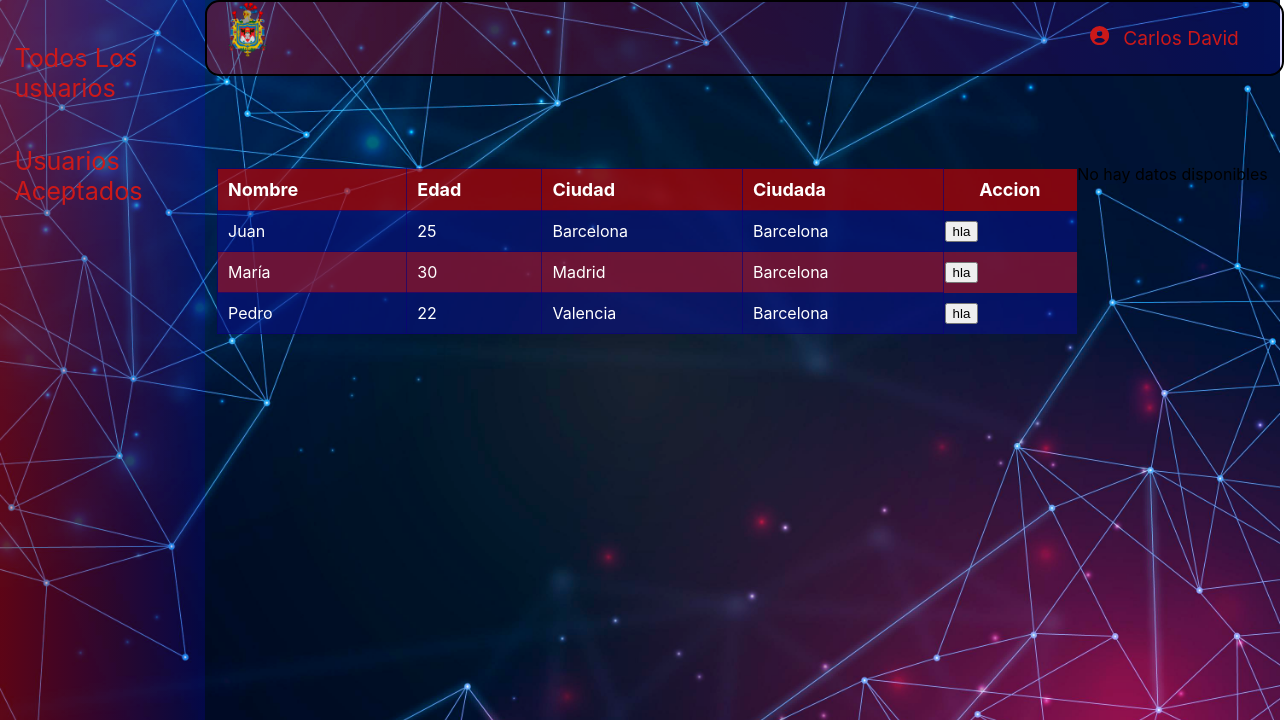
Repository: Davic1o/FrontendMunicipio
Page: /Administrador, after clicking the first element matching `div.acceso__menu`
These files come from the project's save history. The page is drawn as it stood at one moment and after the next save; the edit follows.
The browser window is 1280 px wide. The page is 1284 px wide, so the pictures cover 1284 px, including what lies to the right of the window. The pictures show the whole page.
The project was rebuilt for these pictures with package versions that can differ from the ones it lists, and the page was loaded fresh each time. Also part of the build but not shown: src/components/inputs/inputTexto.css, src/components/inputs/InputTexto.jsx, src/components/inputs/inputPass.css, src/components/inputs/InputPass.jsx, src/components/botones/botonAcceso.css, src/components/botones/BotonAcceso.jsx, src/pages/Login/login.css, src/pages/Login/Login.jsx and 3 more.

Above is the page before, as saved 2024-02-22 23:16:39.

### src/index.css
*{
  user-select: none;
  cursor: default;
}


body {
  margin: 0;
  font-family: -apple-system, BlinkMacSystemFont, 'Segoe UI', 'Roboto', 'Oxygen',
    'Ubuntu', 'Cantarell', 'Fira Sans', 'Droid Sans', 'Helvetica Neue',
    sans-serif;
  -webkit-font-smoothing: antialiased;
  -moz-osx-font-smoothing: grayscale;
}

code {
  font-family: source-code-pro, Menlo, Monaco, Consolas, 'Courier New',
    monospace;
}
input {
  border: none;
  outline: none;
  margin: 0;
  padding: 0;
  background: none;
  font-family: inherit;
  color: inherit;
  text-align: left;
}

input:focus {
  outline: none;
}
a {
  /* Anula todos los estilos */
  text-decoration: none;
  color: inherit;
  background-color: transparent;
  /* ... y otras propiedades según sea necesario */
}
:root{

  --color-primario: #cc1919;
  --color-secundario: #192bccab;
  --color-blanco: #ffffff;
}

### src/App.jsx
import Rutas from './routes/Rutas'

function App() {
  return (
    <>
      <Rutas/>
    </>
  );
}

export default App;

### src/routes/Rutas.jsx
import React from 'react'
import { Routes, Route } from 'react-router-dom';
import Login from '../pages/Login/Login';
import Register from '../pages/Register/Register';
import Administrador from '../pages/Administrador/Administrador';


function Rutas() {
  return (

      <Routes>
          <Route path="/" element={<Login/>} />
          <Route path="/Registro" element={<Register/>} />
          <Route path="/Administrador" element={<Administrador/>} />
      </Routes>
  )
}

export default Rutas

### src/pages/Administrador/Administrador.jsx
import React, { useState } from 'react';
import './administracion.css';
import Navbar from '../../components/Navbar/Navbar';
import MenuAdministrador from '../../components/MenuAdministrador/MenuAdministrador';
import Tabla from '../../components/Tabla/Tabla';

function Administrador() {
  const [opcionSeleccionada, setOpcionSeleccionada] = useState(null);

  const handleMenuClick = (opcion) => {
    setOpcionSeleccionada(opcion);
  };

  const datosEjemplo = {
    todosUsuarios: [
      { Nombre: 'Juan', Edad: 25, Ciudad: 'Barcelona', Ciudada: 'Barcelona' },
      { Nombre: 'María', Edad: 30, Ciudad: 'Madrid', Ciudada: 'Barcelona' },
      { Nombre: 'Pedro', Edad: 22, Ciudad: 'Valencia', Ciudada: 'Barcelona' },
    ],
    // Otros conjuntos de datos según las opciones del menú
  };

  const datosDos={
    UsuariosAceptados: [
      { Nombre: 'Juan', Edad: 25, Ciudad: 'Barcelona', Ciudada: 'Barcelona' },
      { Nombre: 'María', Edad: 30, Ciudad: 'Madrid', Ciudada: 'Barcelona' },
    ],
  }

  return (
    <>
      <div className="contenedor__administrador">
        <div className="menu__Administrador">
          <MenuAdministrador onMenuClick={handleMenuClick} />
        </div>
        <div className="administrador__navbar">
          <Navbar />
          <div className="tablas__informativas">
            {/* Renderizar la tabla según la opción seleccionada */}
            {opcionSeleccionada && <Tabla datos={datosEjemplo[opcionSeleccionada]} />}
            {opcionSeleccionada && <Tabla datos={datosDos[opcionSeleccionada]} />}
          </div>
        </div>
      </div>
    </>
  );
}

export default Administrador;

### src/pages/Administrador/administracion.css
.contenedor__administrador{
    background-image:  url('../../images/fondo_informacion.jpg');
    background-size: cover;
    height: 100vh;
    width: 100vw;
    box-sizing: border-box;
    display: flex;
    z-index: 0;
}
.administrador__navbar{
    width: 100%;
    display: flex;
}
.tablas__informativas{
    display: flex;
    justify-content: center;
    padding-top: 10vh;
}

### src/components/Navbar/Navbar.jsx
import React from 'react';
import escudo from '../../images/escudo.png';
import { FaCircleUser } from 'react-icons/fa6';
import './navbar.css';

function Navbar() {
  return (
    <>
      <nav className="contenedor__navbar">

          <div className="imagen__navbar">
            <img src={escudo} alt="" className="imagen__escudo" />
          </div>
          <div className="menu__navbar">
            <div className="icono__navbar">
              <FaCircleUser className='icono__user'/>
            </div>
            <div className="datos__navbar">Carlos David</div>
          </div>

      </nav>
    </>
  );
}

export default Navbar;

### src/components/MenuAdministrador/MenuAdministrador.jsx
import React from 'react';
import './menuAdministrador.css';
import logo from '../../images/logoquito.png';

function MenuAdministrador({ onMenuClick }) {
  const handleItemClick = (opcion) => {
    onMenuClick(opcion);
  };

  return (
    <div className="contenedor__menu">
      <div className="datos__menu">
        <div className="menu__informacion">
          {/* ... (tu contenido actual) */}
          <div className="acceso__menu" onClick={() => handleItemClick('todosUsuarios')}>
            Todos Los usuarios
          </div>
          <div className="acceso__menu" onClick={() => handleItemClick('UsuariosAceptados')}>
            Usuarios Aceptados
          </div>
          {/* Agregar más elementos de menú según sea necesario */}
        </div>
      </div>
    </div>
  );
}

export default MenuAdministrador;

### src/components/Tabla/Tabla.jsx
import React from 'react'
import './tabla.css'

function Tabla({ datos }) {
    if (!datos || datos.length === 0) {
        return <p>No hay datos disponibles</p>;
      }

      const columnas = Object.keys(datos[0]);
    return (
        <table className='tabla contenedor'>
          <thead className='titulo__tabla'>
            <tr className='tr__titulo'>
              {columnas.map((columna, index) => (
                <th className='th__titulo' key={index}>{columna}</th>
              ))}
              <th>Accion</th>
            </tr>
          </thead>
          <tbody className='cuerpo__tabla'>
            {datos.map((fila, index) => (
              <tr className='tr__cuerpo' key={index}>
                {columnas.map((columna, index) => (
                  <td className='td__cuerpo' key={index}>{fila[columna]}</td>

                ))}
                <td><button>hla</button></td>
              </tr>
            ))}
          </tbody>
        </table>
      );
    };


export default Tabla

### src/components/selects/select.css
.contenedor__select {
    display: flex;
    flex-direction: row;
    justify-content: flex-start;
    align-items: center;
    font-size: 2.5vh;
    border-radius: 1vh;
    cursor: pointer;
    width: 100%;
  }

  .inf__select {
    display: flex;
    justify-content: flex-start;
    align-items: flex-start;
  }

  .icono__select {
    color: var(--color-primario);
    margin-right: 1vh;
  }

  .campo__select {
    flex: 1;
  }

  .select {
    width: 30vh;
    background-color: transparent;
    border: none;
    font-size: 1.8vh;
    color: var(--color-primario);
    border: 2px solid var(--color-primario);
    border-radius: 0.5vh;
  }
  .select:focus{
    outline: none;
  }

  .select:not(:focus){
    background-color: transparent;
  }
  /* Puedes agregar estilos adicionales según tus necesidades */

### src/components/Navbar/navbar.css
.contenedor__navbar{
    width: 100%;
    height: 10vh;
    border: 2px solid;
    display: flex;
    background: linear-gradient(to right, rgba(253, 0, 0, 0.288) 1%, rgba(16, 0, 235, 0.171));
    justify-content: space-between;
    border-radius: 2vh;
}
.imagen__escudo{
    width: 3vw;
}

.informacion__navbar{
    display: flex;

}
.imagen__navbar{
    margin-left: 3vh;
    text-align: left;
}

.menu__navbar{
    font-size: 1.5vw;
    display: flex;
    align-items: center;
    margin-right: 3vh;
    text-align: right;
    color: var(--color-primario);
    cursor: pointer;
}
.icono__navbar{
margin-right: 2vh;
}
.datos__navbar{
    margin-right: 3vh;
}

### src/components/MenuAdministrador/menuAdministrador.css
.contenedor__menu{
    width: 16vw;
    height: 100%;
    background: linear-gradient(to right, rgba(253, 0, 0, 0.363) 1%, rgba(16, 0, 235, 0.171));

}
.imagen__menu img{
    width: 15vw;
}
.menu__informacion{
    color: var(--color-primario);
    font-size: 3.5vh;
}
.acceso__menu{
    padding-top: 6vh;
    padding-left: 2vh;
}
.administrador__navbar{
    display: flex;
    flex-direction: column;
}

### src/components/Tabla/tabla.css
/* tabla.css */

.tabla {
    width: 80%;
    border-collapse: collapse;
    margin-top: 20px;
  }

  .titulo__tabla {
    background-color: #bf0000ac;
    color: var(--color-blanco);
    font-size: 2.5vh;
  }

  .th__titulo,
  .td__cuerpo {

    color: var(--color-blanco);
    padding: 10px;
    text-align: left;
    border: 1px solid #0d0379a3;
  }

  .th__titulo {
    font-weight: bold;
  }

  .cuerpo__tabla {
    background-color: #090f9089;
  }

  .tr__cuerpo:nth-child(even) {
    background-color: #b6161694;
  }

  .button {
    padding: 8px 12px;
    background-color: #4caf50;
    color: #fff;
    border: none;
    cursor: pointer;
  }

  .button:hover {
    background-color: #45a049;
  }

Loaded but not shown: public/index.html (common file); src/index.js (common file); src/reportWebVitals.js (common file)

After the next save:
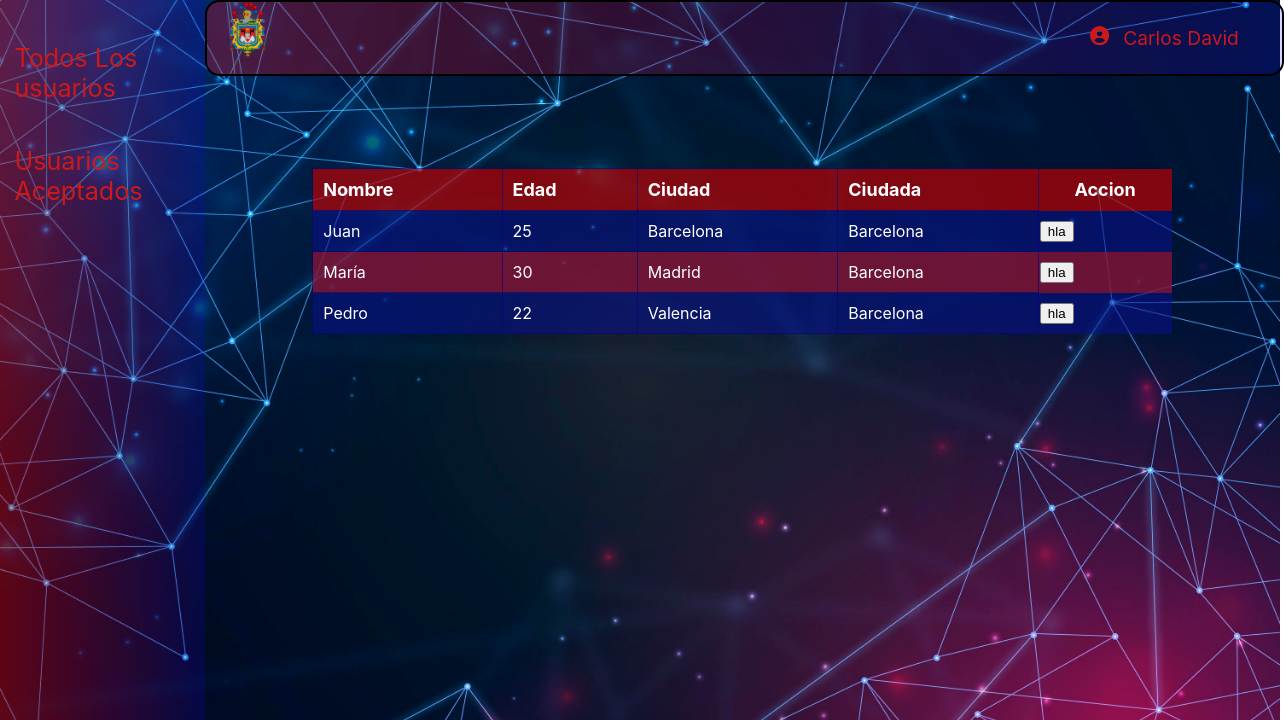
Saved 9 s later.
--- a/src/components/Tabla/Tabla.jsx
+++ b/src/components/Tabla/Tabla.jsx
@@ -3,7 +3,7 @@
 
 function Tabla({ datos }) {
     if (!datos || datos.length === 0) {
-        return <p>No hay datos disponibles</p>;
+        return
       }
 
       const columnas = Object.keys(datos[0]);
